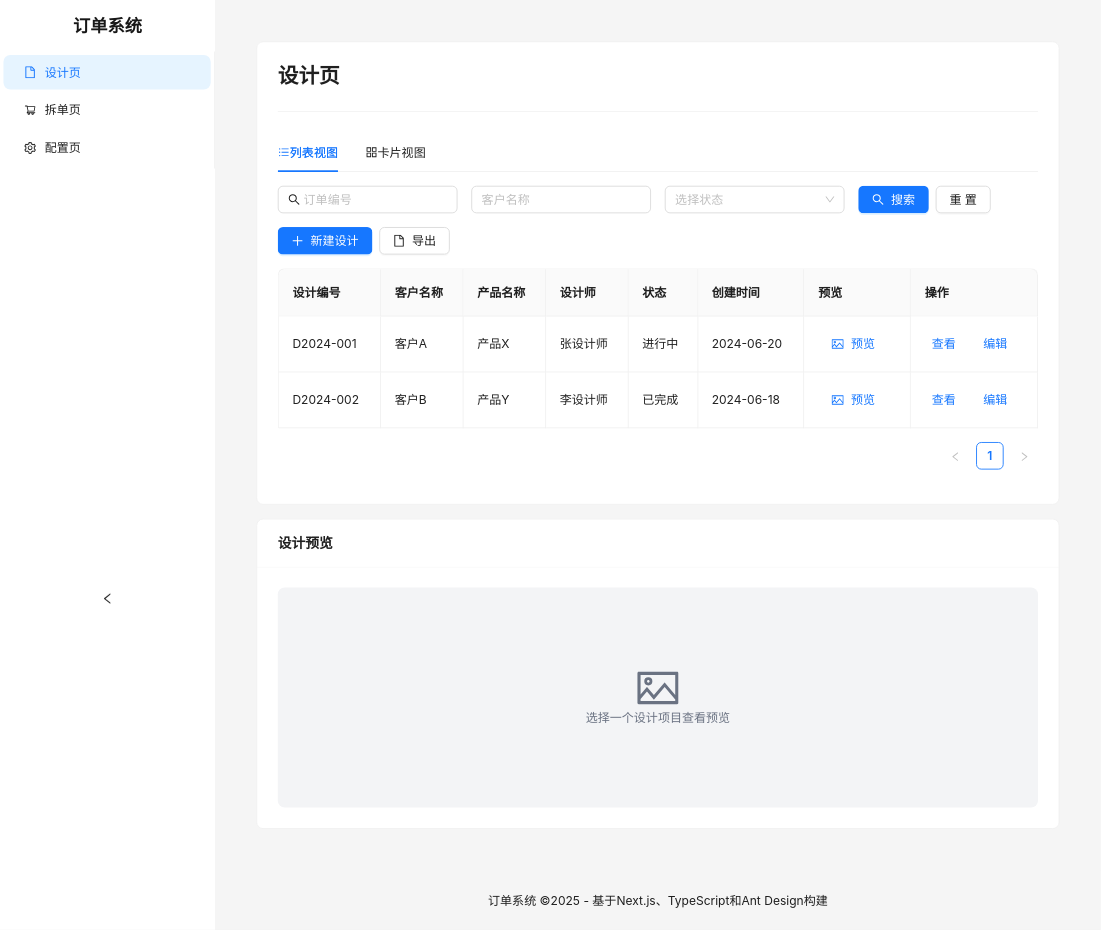
Repository: Garyxiwang/order_system
Page: /design (app in front/)
These files come from the project's save history. The page is drawn as it stood at one moment and after the next save; the edit follows.
The browser window is 1280 px wide. The pictures show the whole page, at 86% of full size.
The project was rebuilt for these pictures with package versions that can differ from the ones it lists, and the page was loaded fresh each time. The framework's server and built-in components were replaced by stand-ins that run in the browser. Also part of the build but not shown: front/next.config.js, front/next.config.ts.

Above is the page before, as saved 2025-08-04 14:08:20.

After the next save:
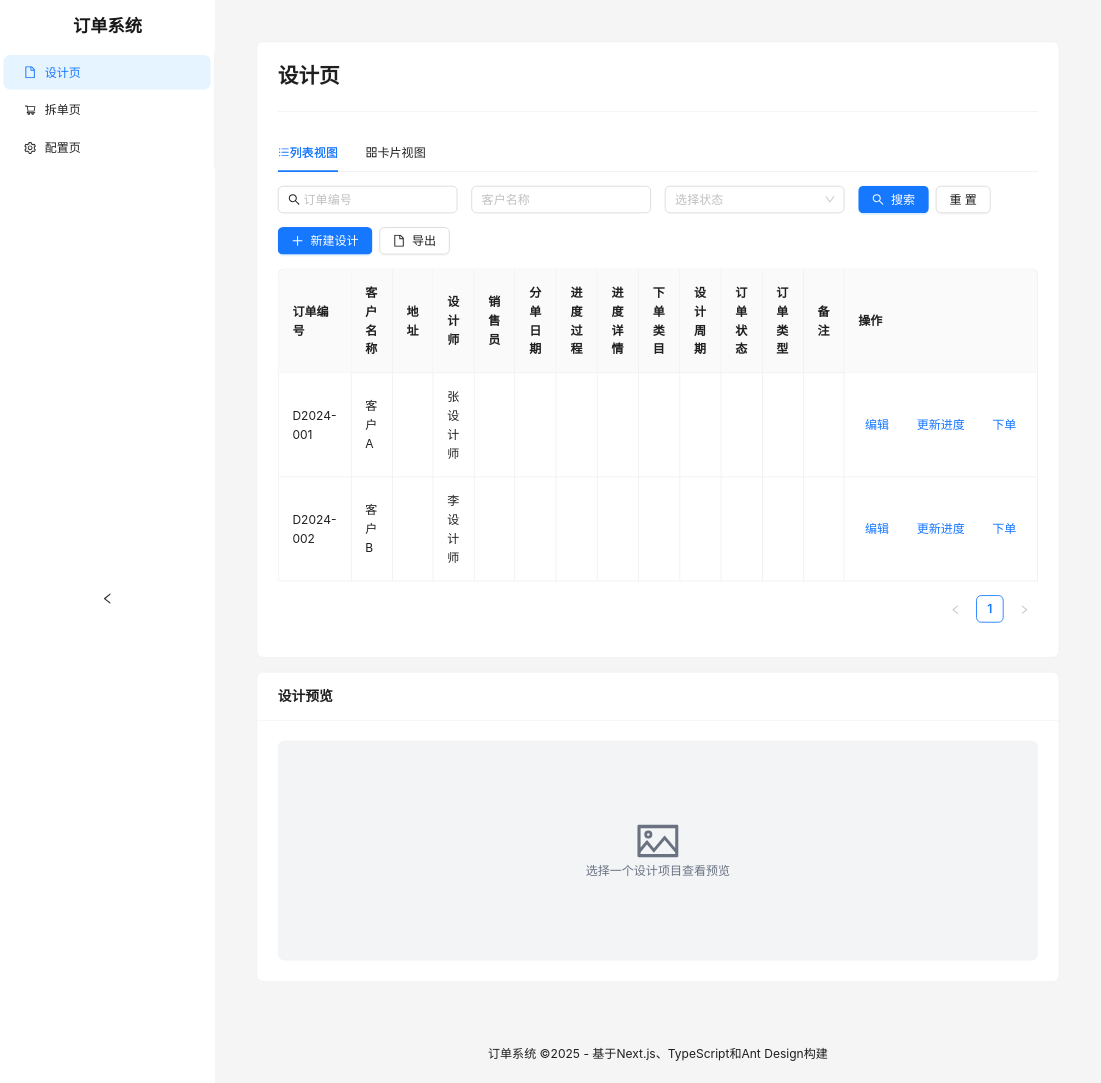
Saved 4 min 20 s later.
--- a/front/src/app/design/page.tsx
+++ b/front/src/app/design/page.tsx
@@ -62,7 +62,7 @@ const DesignPage: React.FC = () => {
 
   const columns = [
     {
-      title: "设计编号",
+      title: "订单编号",
       dataIndex: "designNumber",
       key: "designNumber",
     },
@@ -72,9 +72,9 @@ const DesignPage: React.FC = () => {
       key: "customerName",
     },
     {
-      title: "产品名称",
-      dataIndex: "productName",
-      key: "productName",
+      title: "地址",
+      dataIndex: "address",
+      key: "customerName",
     },
     {
       title: "设计师",
@@ -82,27 +82,49 @@ const DesignPage: React.FC = () => {
       key: "designer",
     },
     {
-      title: "状态",
-      dataIndex: "status",
-      key: "status",
-    },
-    {
-      title: "创建时间",
-      dataIndex: "createTime",
-      key: "createTime",
-    },
-    {
-      title: "预览",
-      key: "preview",
-      render: (_: unknown, record: Record<string, string | number>) => (
-        <Button
-          type="link"
-          icon={<PictureOutlined />}
-          onClick={() => handleDesignClick(record.key as string)}
-        >
-          预览
-        </Button>
-      ),
+      title: "销售员",
+      dataIndex: "salesperson",
+      key: "salesperson",
+    },
+    {
+      title: "分单日期",
+      dataIndex: "splitTime",
+      key: "splitTime",
+    },
+    {
+      title: "进度过程",
+      dataIndex: "progress",
+      key: "progress",
+    },
+    {
+      title: "进度详情",
+      dataIndex: "progressDetail",
+      key: "progressDetail",
+    },
+    {
+      title: "下单类目",
+      dataIndex: "category",
+      key: "category",
+    },
+    {
+      title: "设计周期",
+      dataIndex: "cycle",
+      key: "cycle",
+    },
+    {
+      title: "订单状态",
+      dataIndex: "cycle",
+      key: "cycle",
+    },
+    {
+      title: "订单类型",
+      dataIndex: "cycle",
+      key: "cycle",
+    },
+    {
+      title: "备注",
+      dataIndex: "cycle",
+      key: "cycle",
     },
     {
       title: "操作",
@@ -110,10 +132,13 @@ const DesignPage: React.FC = () => {
       render: (_: unknown, record: Record<string, string | number>) => (
         <Space size="middle">
           <Button type="link" size="small">
-            查看
+            编辑
           </Button>
           <Button type="link" size="small">
-            编辑
+            更新进度
+          </Button>
+          <Button type="link" size="small">
+            下单
           </Button>
         </Space>
       ),
